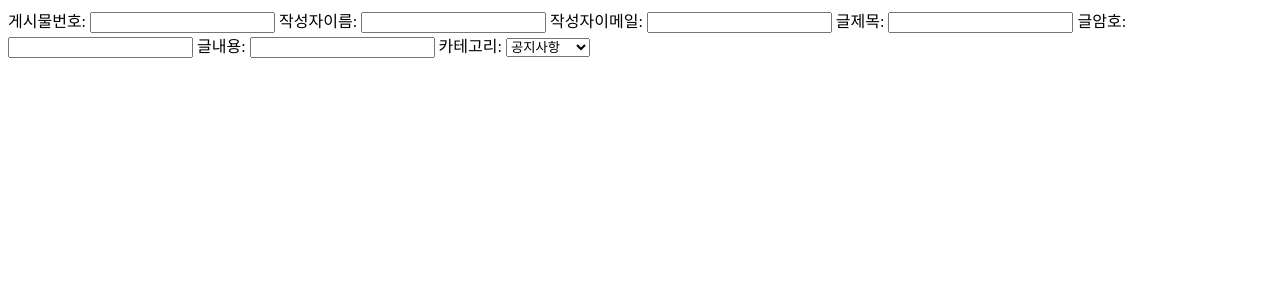
Repository: MegiLove/html_css
Page: day1130/src/main/webapp/boardTest.html
An editor plug-in stored every save of this project. The page is shown before and after the next save, followed by the edit.
The browser window is 1280 px wide. The pictures show the whole page.

Above is the page before, as saved 2021-11-30 07:46:17.

### day1130/src/main/webapp/boardTest.html
<!DOCTYPE html>
<html>
<head>
<meta charset="EUC-KR">
<title>Insert title here</title>
</head>
<body>
	<form action="boardTest.jsp" method="post">
		게시물번호: <input type="number" name="number">
		작성자이름: <input type="text" name="name">
		작성자이메일: <input type="email" name="email">
		글제목: <input type="text" name="title">
		글암호: <input type="password" name="pwd">
		글내용: <input type="number" name="number">
		카테고리: <select name="category">
		<option value="공지사항">공지사항</option>
		<option value="QNA">QNA</option>
		<option value="자유게시판">자유게시판</option>
		<option value="묻고답하기">묻고답하기</option>
		</select>
	</form>
</body>
</html>

After the next save:
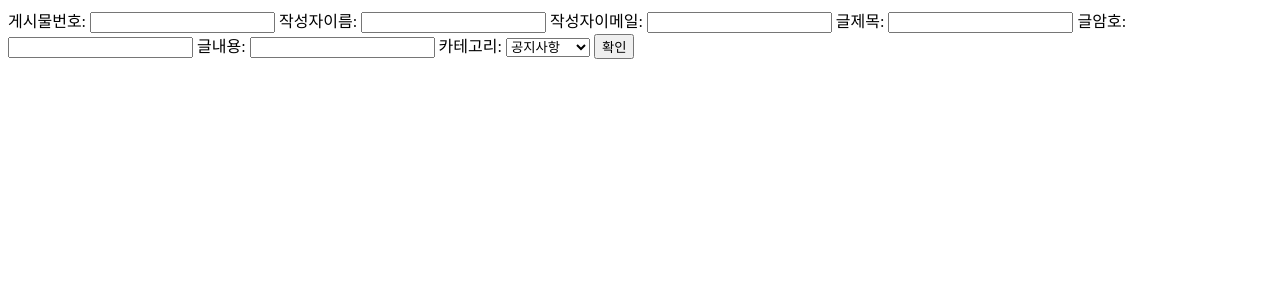
Saved 76 s later.
--- a/day1130/src/main/webapp/boardTest.html
+++ b/day1130/src/main/webapp/boardTest.html
@@ -11,13 +11,14 @@
 		작성자이메일: <input type="email" name="email">
 		글제목: <input type="text" name="title">
 		글암호: <input type="password" name="pwd">
-		글내용: <input type="number" name="number">
+		글내용: <input type="text" name="text">
 		카테고리: <select name="category">
 		<option value="공지사항">공지사항</option>
 		<option value="QNA">QNA</option>
 		<option value="자유게시판">자유게시판</option>
 		<option value="묻고답하기">묻고답하기</option>
 		</select>
+		<input type="submit" value="확인">
 	</form>
 </body>
 </html>
